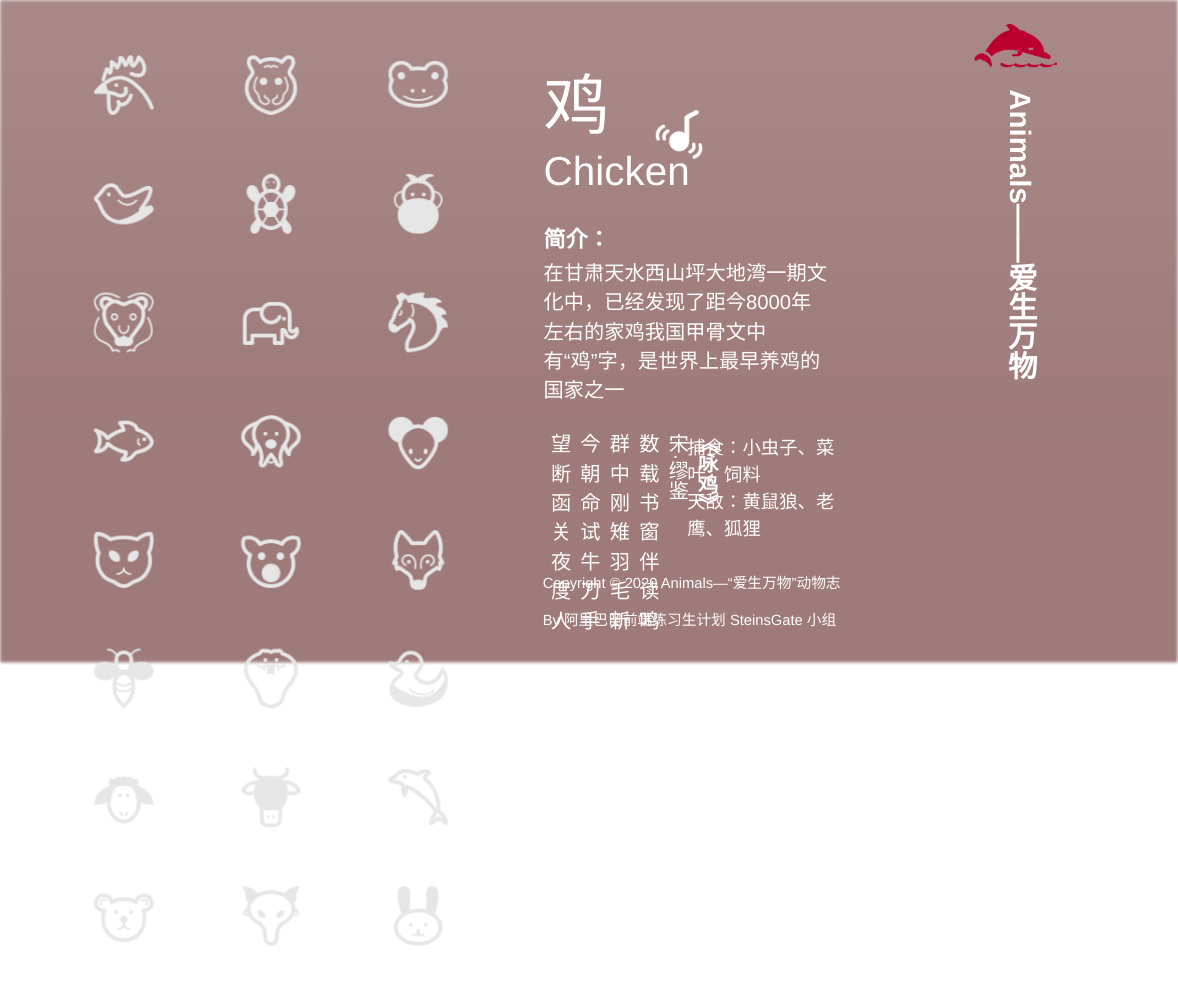
Repository: Whiskeyi/Animals
Page: /
The author's editor kept a copy of each file at every save. The page is drawn from the files as they stood at one save, then again after the next save.
The browser window is 1280 px wide. The pictures show the whole page, at 92% of full size.
The project was rebuilt for these pictures with package versions that can differ from the ones it lists, and the page was loaded fresh each time.

Above is the page before, as saved 2021-11-17 18:38:39.

### public/index.html
<!DOCTYPE html>
<html lang="en">
  <head>
    <meta charset="utf-8">
    <meta http-equiv="X-UA-Compatible" content="IE=edge">
    <meta name="viewport" content="width=device-width,initial-scale=1.0">
    <link rel="icon" href="<%= BASE_URL %>favicon.ico">
    <title>Animals</title>
  </head>
  <body>
    <noscript>
      <strong>We're sorry but animals doesn't work properly without JavaScript enabled. Please enable it to continue.</strong>
    </noscript>
    <div id="app"></div>
    <!-- built files will be auto injected -->
  </body>
</html>

### src/main.js
import Vue from 'vue'
import App from './App.vue'
import router from './router'
import store from './store'
import './plugins/element.js' // 引入element-ui

Vue.config.productionTip = false

new Vue({
  router,
  store,
  render: h => h(App)
}).$mount('#app')

### src/App.vue
<template>
  <div id="app">
    <!-- 入口 -->
    <router-view/>
  </div>
</template>

<style lang="scss">
#app {
  font-family: 'Avenir', Helvetica, Arial, sans-serif;
  -webkit-font-smoothing: antialiased;
  -moz-osx-font-smoothing: grayscale;
}

html, body {  // 去除白边
    width: 100%;
    height: 100%;
    margin: 0;
    padding: 0;
    position: relative;
}

</style>

### src/router.js
// 路由
import Vue from 'vue'
import Router from 'vue-router'
import Home from './views/Home.vue'

Vue.use(Router)

export default new Router({
  mode: 'history',
  base: process.env.BASE_URL,
  routes: [
    {
      path: '/',
      name: 'home',
      component: Home
    }
  ]
})

### src/store.js
import Vue from 'vue'
import Vuex from 'vuex'

Vue.use(Vuex)

export default new Vuex.Store({
  state: {
    num: "",  // data.json数组号
    seconds: "8000" // 页面切换时间
  },
  mutations: {
    saveNum(state, num) {
      state.num = num
    }
  },
  actions: {

  }
})

### src/plugins/element.js
// 引入element-ui
import Vue from 'vue'

import ElementUI from 'element-ui';
import 'element-ui/lib/theme-chalk/index.css';

Vue.use(ElementUI);

### src/views/Home.vue
<template>
  <div class="home">
    <!-- 背景+光泽效果 -->
    <Gloss></Gloss>
    <!-- 页面容器 -->
    <div class="container">
      <!-- 左侧展示模块 -->
      <div id="leftContainer">
        <LeftMain></LeftMain>
      </div>
      <!-- 右侧展示模块 -->
      <div id="rightContainer">
        <!-- 输出信息 -->
          <Info></Info>
          <!-- 右侧标题 -->
          <RightHead></RightHead>
          <!-- 尾部 -->
          <Footer></Footer>
      </div>
    </div>
  </div>
</template>

<script>
// @ is an alias to /src
// 组件引入
import Gloss from '@/components/Gloss'
import Footer from '@/components/Footer'
import Info from '@/components/Info'
import RightHead from '@/components/right-head'
import LeftMain from '@/components/left-main'

export default {
  name: 'home',
  components: {
    Gloss,Footer,Info,RightHead,LeftMain
  }
}
</script>

<style lang="scss" scoped>
#leftContainer {
  position: absolute;
  left: 15%;
  width: 25%;
  height: 100%;
  margin: 0 auto;
}
#rightContainer {
  position: fixed;
  right: 10%;
  width: 50%;
  height: 100%;
  margin: 0 auto;
}
@media screen and (max-width: 1440px) { // 屏幕小于1440px样式
  #leftContainer {
  position: absolute;
  left: 5%;
  width: 36%;
  height: 100%;
  margin: 0 auto;
}
#rightContainer {
  position: fixed;
  right: 5%;
  width: 54%;
  height: 100%;
  margin: 0 auto;
}
}
</style>

### src/components/Gloss/index.vue
<template>
<!-- 实现光泽效果,丰富背景颜色 -->
<div id="bg" :style="{ backgroundColor : color }">
    <div id="gloss"></div>
</div>
</template>

<script>
const animalsData = require('@/data/Animals.json')
import store from '../../store'

export default {
    data() {
        return {
            color: 'rgb(158, 122, 122)'
        }
    },
    mounted() {
        this.changeColor()
        // window.console.log(animalsData.AnimalsDetail[0].color)
    },
    methods: {
        changeColor() {
            setInterval(function() {
                // let arrColor = ["#FC9F4D", "#E98B2A", "#90B44B", "#4D5139", "#1C1C1C", "#4F4F48",
                //                 "#FF5E99", "#828282", "#52433D", "#947A6D", "#080808", "#0C0C0C",
                //                 "#434343", "#B19693", "#434343", "#EFBB24", "#90B44B", "#373C38",
                //                 "#BDC0BA", "#BDC0BA", "#BDC0BA", "#434343","#BDC0BA", "#BDC0BA"]
                let num = Math.floor(Math.random() * animalsData.AnimalsDetail.length)
                store.commit('saveNum',num)
                document.getElementById('bg').style.backgroundColor = animalsData.AnimalsDetail[num].color
                // this.color = color
            }, store.state.seconds);
        }
    }
}
</script>

<style lang="scss" scoped>
#gloss {
    position: fixed;
    width: 100%;
    height: 478px;
    background: url('../../assets/gloss.png') repeat-x;
    // z-index: -8;  //暂时注释,影响调试
}
#bg {
  height: 100%;
  width: 100%;
  position: fixed;
  transition: background-color 2s ease-in; // 背景颜色切换2S过渡
  filter: blur(2px); // 背景高斯模糊
  // z-index: -9; //暂时注释,影响调试
}
</style>

### src/components/Footer/index.vue
<template>
  <div class="footerContainer">
      <p>Copyright © 2020 Animals—“爱生万物”动物志</p>
      <p>By 阿里巴巴前端练习生计划 SteinsGate 小组</p>
  </div>
</template>

<script>
export default {

}
</script>

<style lang="scss" scoped>
.footerContainer {
    position: fixed;
    bottom: 0;
    font-size: 1rem;
    color:#fff;
    margin:0 0 20px 65px;
}
</style>

### src/components/Info/index.vue
<template>
  <div class="infoContainer">
    <div class="infPadding">
      <!-- 标题、声音icon -->
    <Introduce></Introduce>
    <!-- 简介 -->
    <IntroduceMid></IntroduceMid>
    <!-- 捕食、诗 -->
    <HabbitPoem></HabbitPoem>
    </div>
  </div>
</template>

<script>
import Introduce from './Introduce'
import HabbitPoem from './habbit-poem'
import IntroduceMid from './introduce-mid'
export default {
  name: 'Info',
  components: {
    Introduce, HabbitPoem, IntroduceMid
  }
}
</script>

<style lang="scss" scoped>
.infoContainer {
    float: left;
    z-index: 10000;
    width: 82%;
    height: 80%;
    margin: 26px 0 0 16px;
    padding: 15px 0px;
    color:#fff;
}
.infPadding {
  padding: 0 0 0 50px;
}
.infoContainer logo {
    position: absolute;
}
@media screen and (max-width: 1440px) { // 屏幕小于1440px样式
  .infoContainer {
    float: left;
    z-index: 10000;
    width: 75%;
    height: 80%;
    margin: 26px 0 0 16px;
}
}
</style>

### src/components/right-head/index.vue
<template>
  <div class="rightHeadContainer">
      <el-image class="logo" alt="logo" :src="require('@/icons/index.png')"></el-image>
      <h1 class="vertical">Animals——爱生万物</h1>
  </div>
</template>

<script>
export default {

}
</script>

<style lang="scss" scoped>
.rightHeadContainer {
    float: left;
    height: 400px;
    width: 100px;
    margin: 26px 0 0 16px;
}
.vertical {
    writing-mode: vertical-lr;
    padding-left: 5px;
    color: #fff;
}
.logo {
    width: 90px;
    padding-bottom: 20px;
}
@media screen and (max-width: 1440px) { // 屏幕小于1440px样式
    .rightHeadContainer {
        float: left;
        height: 400px;
        width:85px;
        margin: 26px 0 0 0;
    }
    .vertical {
        writing-mode: vertical-lr;
        padding-right: 0;
        color: #fff;
    }
}
</style>

### src/components/left-main/index.vue
<template>
  <div class="leftContainer">
    <el-row :gutter="20" type="flex" justify="center" v-for="AnimalsDetail in data" :key="AnimalsDetail.enName">
      <el-col :span="8">
        <el-image class="logo" alt="logo" :src="require('@/icons/animals/chicken.png')"></el-image>
      </el-col>
      <el-col :span="8">
        <el-image class="logo" alt="logo" :src="require('@/icons/animals/tiger.png')"></el-image>
      </el-col>
      <el-col :span="8">
        <el-image class="logo" alt="logo" :src="require('@/icons/animals/frog.png')"></el-image>
      </el-col>
    </el-row>
     <el-row :gutter="20" type="flex" justify="center" v-for="AnimalsDetail in data" :key="AnimalsDetail.enName">
      <el-col :span="8">
        <el-image class="logo" alt="logo" :src="require('@/icons/animals/bird.png')"></el-image>
      </el-col>
      <el-col :span="8">
        <el-image class="logo" alt="logo" :src="require('@/icons/animals/turtle.png')"></el-image>
      </el-col>
      <el-col :span="8">
        <el-image class="logo" alt="logo" :src="require('@/icons/animals/monkey.png')"></el-image>
      </el-col>
    </el-row>
     <el-row :gutter="20" type="flex" justify="center" v-for="AnimalsDetail in data" :key="AnimalsDetail.enName">
      <el-col :span="8">
        <el-image class="logo" alt="logo" :src="require('@/icons/animals/lion.png')"></el-image>
      </el-col>
      <el-col :span="8">
        <el-image class="logo" alt="logo" :src="require('@/icons/animals/elephant.png')"></el-image>
      </el-col>
      <el-col :span="8">
        <el-image class="logo" alt="logo" :src="require('@/icons/animals/horse.png')"></el-image>
      </el-col>
    </el-row>
     <el-row :gutter="20" type="flex" justify="center" v-for="AnimalsDetail in data" :key="AnimalsDetail.enName">
      <el-col :span="8">
        <el-image class="logo" alt="logo" :src="require('@/icons/animals/fish.png')"></el-image>
      </el-col>
      <el-col :span="8">
        <el-image class="logo" alt="logo" :src="require('@/icons/animals/dog.png')"></el-image>
      </el-col>
      <el-col :span="8">
        <el-image class="logo" alt="logo" :src="require('@/icons/animals/mouse.png')"></el-image>
      </el-col>
    </el-row>
     <el-row :gutter="20" type="flex" justify="center" v-for="AnimalsDetail in data" :key="AnimalsDetail.enName">
      <el-col :span="8">
        <el-image class="logo" alt="logo" :src="require('@/icons/animals/cat.png')"></el-image>
      </el-col>
      <el-col :span="8">
        <el-image class="logo" alt="logo" :src="require('@/icons/animals/pig.png')"></el-image>
      </el-col>
      <el-col :span="8">
        <el-image class="logo" alt="logo" :src="require('@/icons/animals/wolf.png')"></el-image>
      </el-col>
    </el-row>
     <el-row :gutter="20" type="flex" justify="center" v-for="AnimalsDetail in data" :key="AnimalsDetail.enName">
      <el-col :span="8">
        <el-image class="logo" alt="logo" :src="require('@/icons/animals/bee.png')"></el-image>
      </el-col>
      <el-col :span="8">
        <el-image class="logo" alt="logo" :src="require('@/icons/animals/snake.png')"></el-image>
      </el-col>
      <el-col :span="8">
        <el-image class="logo" alt="logo" :src="require('@/icons/animals/duck.png')"></el-image>
      </el-col>
    </el-row>
     <el-row :gutter="20" type="flex" justify="center" v-for="AnimalsDetail in data" :key="AnimalsDetail.enName">
      <el-col :span="8">
        <el-image class="logo" alt="logo" :src="require('@/icons/animals/sheep.png')"></el-image>
      </el-col>
      <el-col :span="8">
        <el-image class="logo" alt="logo" :src="require('@/icons/animals/cow.png')"></el-image>
      </el-col>
      <el-col :span="8">
        <el-image class="logo" alt="logo" :src="require('@/icons/animals/dolphin.png')"></el-image>
      </el-col>
    </el-row>
     <el-row :gutter="20" type="flex" justify="center" v-for="AnimalsDetail in data" :key="AnimalsDetail.enName">
      <el-col :span="8">
        <el-image class="logo" alt="logo" :src="require('@/icons/animals/bear.png')"></el-image>
      </el-col>
      <el-col :span="8">
        <el-image class="logo" alt="logo" :src="require('@/icons/animals/fox.png')"></el-image>
      </el-col>
      <el-col :span="8">
        <el-image class="logo" alt="logo" :src="require('@/icons/animals/rabbit.png')"></el-image>
      </el-col>
    </el-row>
  </div>
</template>

<script>
import data from '@/data/Animals.json'
export default {
  data() {
    return {
      data
    }
  }
}
</script>

<style lang="scss" scoped>
.leftContainer {
  padding: 30px 0;
  width: 100%;
  text-align: center;
}
.leftContainer .logo {
  width: 80px;
  height: 80px;
  padding: 40px 0;
}
 @media screen and (max-width: 1440px) { // 屏幕小于1440px样式
  .leftContainer .logo {
    height: 65px;
    width: 65px;
    padding: 30px 0;
  }
 }
</style>

### src/components/Info/Introduce/index.vue
<template>
  <div class="introduce">
      <el-row class="intContainer">
          <el-col :span="6">
              <transition name="fade">
                <div id="title">{{ name }}</div>
              </transition>
              <transition name="fade">
                <div id="subTitle">{{ enName }}</div>
              </transition>
          </el-col>
          <el-col :span="10">
              <el-image class="logo" alt="logo" :src="require('@/icons/voice.png')"></el-image>
          </el-col>
      </el-row>
  </div>
</template>

<script>
const animalsData = require('@/data/Animals.json')
import store from '../../../store'
export default {
    data() {
        return {
            name: '鸡',
            enName: 'Chicken'
        }
    },
    mounted() {
        this.changeInfo()
        // window.console.log(store.state.num)
    },
    methods: {
          changeInfo() {
            setInterval(function() {
                this.name = animalsData.AnimalsDetail[store.state.num].name
                document.getElementById('title').innerHTML = this.name
                // window.console.log(this.name)
                this.enName = animalsData.AnimalsDetail[store.state.num].enName
                document.getElementById('subTitle').innerHTML = this.enName
                // window.console.log(this.enName)
            }, store.state.seconds);
        }
    }
}
</script>

<style lang="scss" scoped>
.introduce {
    // background-color: wheat;;
    height: 30%;
    width: 100%;
}
.intContainer {
    padding: 15px 0;
}
#title {
    font-size: 72px;
    display: block;
}
#subTitle {
    font-size: 44px;
    display: block;
}
.logo {
    padding-top: 60px;
    height: 60px;
    width: 60px;
}
fade-enter {
    opacity: 0;
}
fade-enter-to {
    opacity: 1;
}
.fade-enter-active, .fade-leave-active {
  transition: all 2.5s ease;
}
</style>

### src/components/Info/habbit-poem/index.vue
<template>
  <div class="habPoem">
       <el-row class="habContainer">
           <el-col class="poem" :span="8">
                <div id="content4" class="content">{{ content4 }}</div>
                <div id="content3" class="content">{{ content3 }}</div>
                <div id="content2" class="content">{{ content2 }}</div>
                <div id="content1" class="content">{{ content1 }}</div>
                <div id="author">{{ author }}</div>
                <div id="poemTitle">{{ title }}</div>
            </el-col>
            <el-col class="habContent" :span="10">
              <span>捕食：</span><span id="food" class="foodTitle">{{ food }}</span><br>
              <span>天敌：</span><span id="enemy" class="enemyTitle">{{ enemy }}</span>
            </el-col>
      </el-row>
  </div>
</template>

<script>
const animalsData = require('@/data/Animals.json')
import store from '../../../store'
export default {
     data() {
        return {
            title: '《咏鸡》',
            author: '宋·缪鉴',
            content1: '数载书窗伴读鸣',
            content2: '群中刚雉羽毛新',
            content3: '今朝命试牛刀手',
            content4: '望断函关夜度人',
            food: '小虫子、菜叶、饲料',
            enemy: '黄鼠狼、老鹰、狐狸'
        }
    },
    mounted() {
        this.changeInfo()
        // window.console.log(store.state.num)
    },
    methods: {
          changeInfo() {
            setInterval(function() {
                this.title = animalsData.AnimalsDetail[store.state.num].poetryName
                document.getElementById('poemTitle').innerHTML = this.title

                this.author = animalsData.AnimalsDetail[store.state.num].poetryAuthor
                document.getElementById('author').innerHTML = this.author

                this.content1 = animalsData.AnimalsDetail[store.state.num].poetryContent1
                document.getElementById('content1').innerHTML = this.content1

                this.content2 = animalsData.AnimalsDetail[store.state.num].poetryContent2
                document.getElementById('content2').innerHTML = this.content2

                this.content3 = animalsData.AnimalsDetail[store.state.num].poetryContent3
                document.getElementById('content3').innerHTML = this.content3

                this.content4 = animalsData.AnimalsDetail[store.state.num].poetryContent4
                document.getElementById('content3').innerHTML = this.content4

                this.food = animalsData.AnimalsDetail[store.state.num].food
                document.getElementById('food').innerHTML = this.food

                this.enemy = animalsData.AnimalsDetail[store.state.num].enemy
                document.getElementById('enemy').innerHTML = this.enemy
            }, store.state.seconds);
        }
    }
}
</script>

<style lang="scss" scoped>
.habPoem {
    // background-color: rgb(252, 94, 94);
    height: 30%;
}
.poem {
    writing-mode: vertical-lr;
    font-size: 22px;
    #poemTitle {
        font-weight: bold;
    }
    .content {
        letter-spacing: 15px;
    }
}
.habContainer {
    padding: 15px 0;
}
.habContent span {
    font-size: 20px;
}
@media screen and (max-width: 1440px) { // 屏幕小于1440px样式
    .poem {
        writing-mode: vertical-lr;
        font-size: 22px;
        #poemTitle {
            font-weight: bold;
        }
        .content {
            letter-spacing: 10px;
        }
    }
}
</style>

### src/components/Info/introduce-mid/index.vue
<template>
    <div class="fooMid">
        <el-row class="botContainer">
            <el-col :sm="16" :md="16" :lg="16">
                <div class="IntTitle">简介：</div>
                <div id="IntContent">{{ IntContent }}</div>
            </el-col>
        </el-row>
    </div>
</template>

<script>
const animalsData = require('@/data/Animals.json')
import store from '../../../store'
export default {
    data() {
        return {
            IntContent: '在甘肃天水西山坪大地湾一期文化中，已经发现了距今8000年左右的家鸡我国甲骨文中有“鸡”字，是世界上最早养鸡的国家之一'
        }
    },
    mounted() {
        this.changeInfo()
        // window.console.log(store.state.num)
    },
    methods: {
          changeInfo() {
            setInterval(function() {
                this.IntContent = animalsData.AnimalsDetail[store.state.num].content
                document.getElementById('IntContent').innerHTML = this.IntContent
                // window.console.log(this.content)
            }, store.state.seconds);
        }
    }
}
</script>

<style lang="scss" scoped>
.fooMid {
    // background-color: rgb(253, 128, 128);
    height: 50%;
    width: 100%;
}
.botContainer {
    padding: 15px 0;
}
.IntTitle {
    font-size: 24px;
    font-weight: bold;
    line-height: 40px;
}
#IntContent {
    font-size: 22px;
    line-height: 32px;
    display: block;
}
@media screen and (max-width: 1440px) { // 屏幕小于1440px样式
    #IntContent {
        font-size: 22px;
        line-height: 32px;
        display: block;
    }
}
</style>

Loaded but not shown: src/data/Animals.json (399 lines, source omitted)

After the next save:
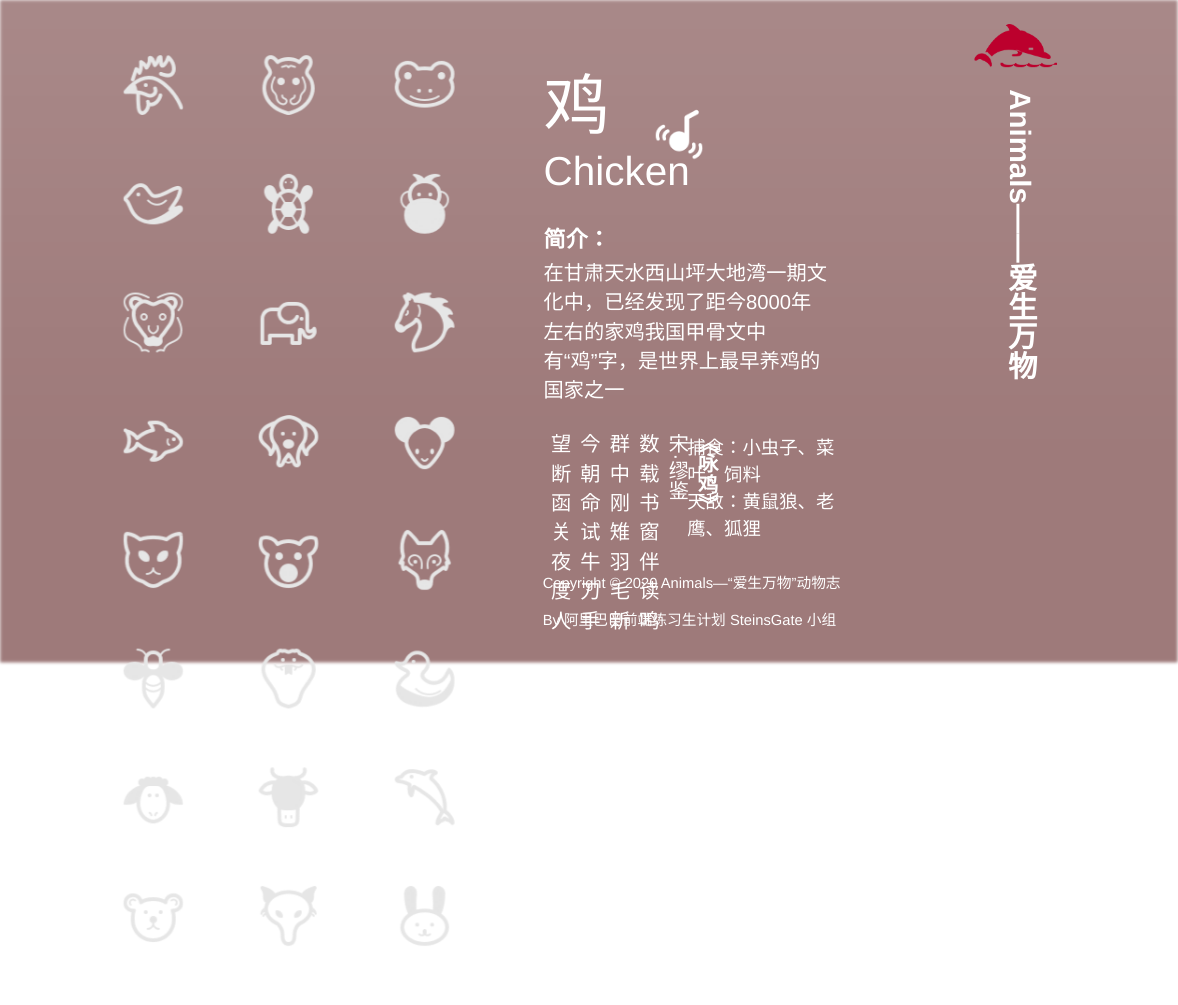
Saved 55 s later.
--- a/src/views/Home.vue
+++ b/src/views/Home.vue
@@ -56,8 +56,8 @@ export default {
 @media screen and (max-width: 1440px) { // 屏幕小于1440px样式
   #leftContainer {
   position: absolute;
-  left: 5%;
-  width: 36%;
+  left: 8%;
+  width: 33%;
   height: 100%;
   margin: 0 auto;
 }
